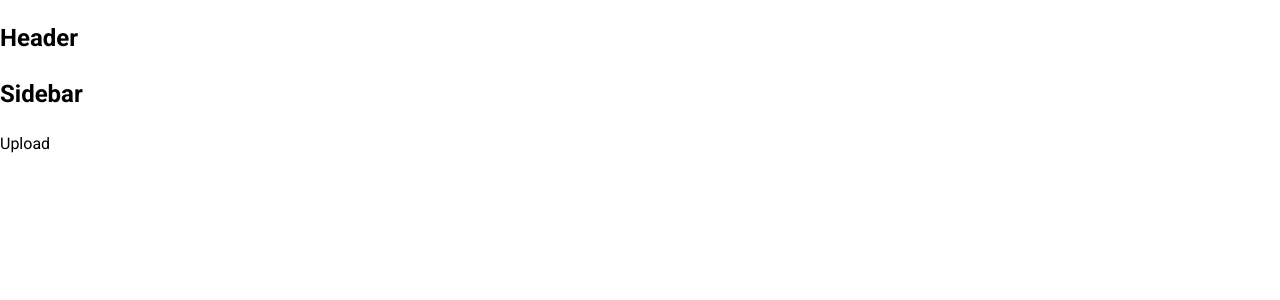
Repository: nguyenhaidang212/tiktok
Page: /upload
An editor plug-in stored every save of this project. The page is shown before and after the next save, followed by the edit.
The browser window is 1280 px wide. The pictures show the whole page.
The project was rebuilt for these pictures with package versions that can differ from the ones it lists, and the page was loaded fresh each time. Also part of the build but not shown: src/pages/Home/index.js, src/pages/Following/index.js, src/pages/Profile/index.js.

Above is the page before, as saved 2023-04-26 03:21:20.

### src/App.js
import { BrowserRouter as Router, Routes, Route } from 'react-router-dom';
import { publicRoutes } from '~/routes';
import { DefaultLayout } from '~/components/Layout';

function App() {
    return (
        <Router>
            <div className="App">
                <Routes>
                    {publicRoutes.map((route, index) => {
                        const Layout = route.layout || DefaultLayout;
                        const Page = route.component;
                        return (
                            <Route
                                key={index}
                                path={route.path}
                                element={
                                    <Layout>
                                        <Page />
                                    </Layout>
                                }
                            />
                        );
                    })}
                </Routes>
            </div>
        </Router>
    );
}

export default App;

### src/routes/index.js
import Home from '~/pages/Home';
import Following from '~/pages/Following';
import Profile from '~/pages/Profile';
import Upload from '~/pages/Upload';

const publicRoutes = [
    { path: '/', component: Home },
    {
        path: '/following',
        component: Following,
    },
    { path: '/profile', component: Profile },
    { path: '/upload', component: Upload },
];
const privateRoutes = [];

export { publicRoutes, privateRoutes };

### src/components/GlobalStyles/GlobalStyles.scss
@import 'normalize.css';
@import url('https://fonts.googleapis.com/css2?family=Roboto:wght@300;400;500;700&display=swap');

:root {
    --primary: #fe2c55;
}
* {
    box-sizing: border-box;
}
html {
    font-size: 62.5%;
}
body {
    font-family: 'Roboto', sans-serif;
    font-size: 1.6rem;
    line-height: 1.5;
    text-rendering: optimizeSpeed;
}

### src/pages/Upload/index.js
import React from 'react';

export default function Upload() {
    return <div>Upload</div>;
}

### src/components/Layout/DefaultLayout/index.js
import React from 'react';
import Header from './Header';
import Sidebar from './Sidebar';

export default function DefaultLayout({ children }) {
    return (
        <div>
            <Header />
            <div className="container">
                <Sidebar />
                <div className="content">{children}</div>
            </div>
        </div>
    );
}

### src/components/Layout/DefaultLayout/Header/index.js
import React from 'react';

export default function Header() {
    return <h2>Header</h2>;
}

### src/components/Layout/DefaultLayout/Sidebar/index.js
import React from 'react';

export default function Sidebar() {
    return <h2>Sidebar</h2>;
}

Loaded but not shown: public/index.html (common file); src/index.js (common file); src/reportWebVitals.js (common file); src/components/GlobalStyles/index.js (common file); src/components/Layout/index.js (common file)

After the next save:
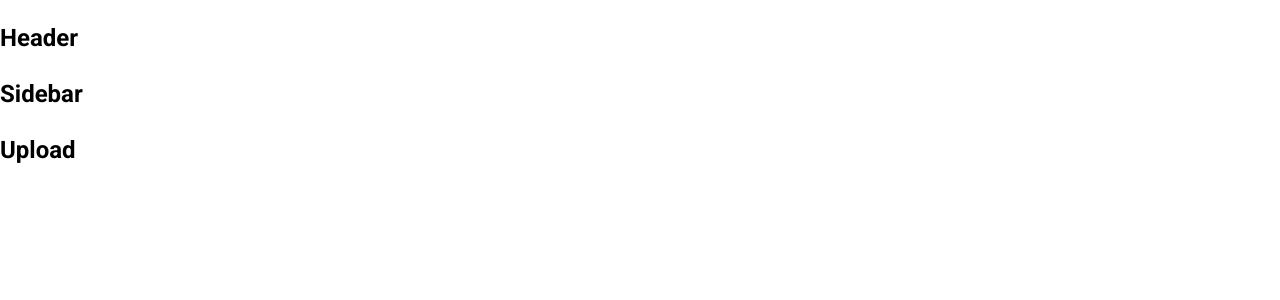
Saved 25 s later.
--- a/src/pages/Upload/index.js
+++ b/src/pages/Upload/index.js
@@ -1,5 +1,5 @@
 import React from 'react';
 
 export default function Upload() {
-    return <div>Upload</div>;
+    return <h2>Upload</h2>;
 }
